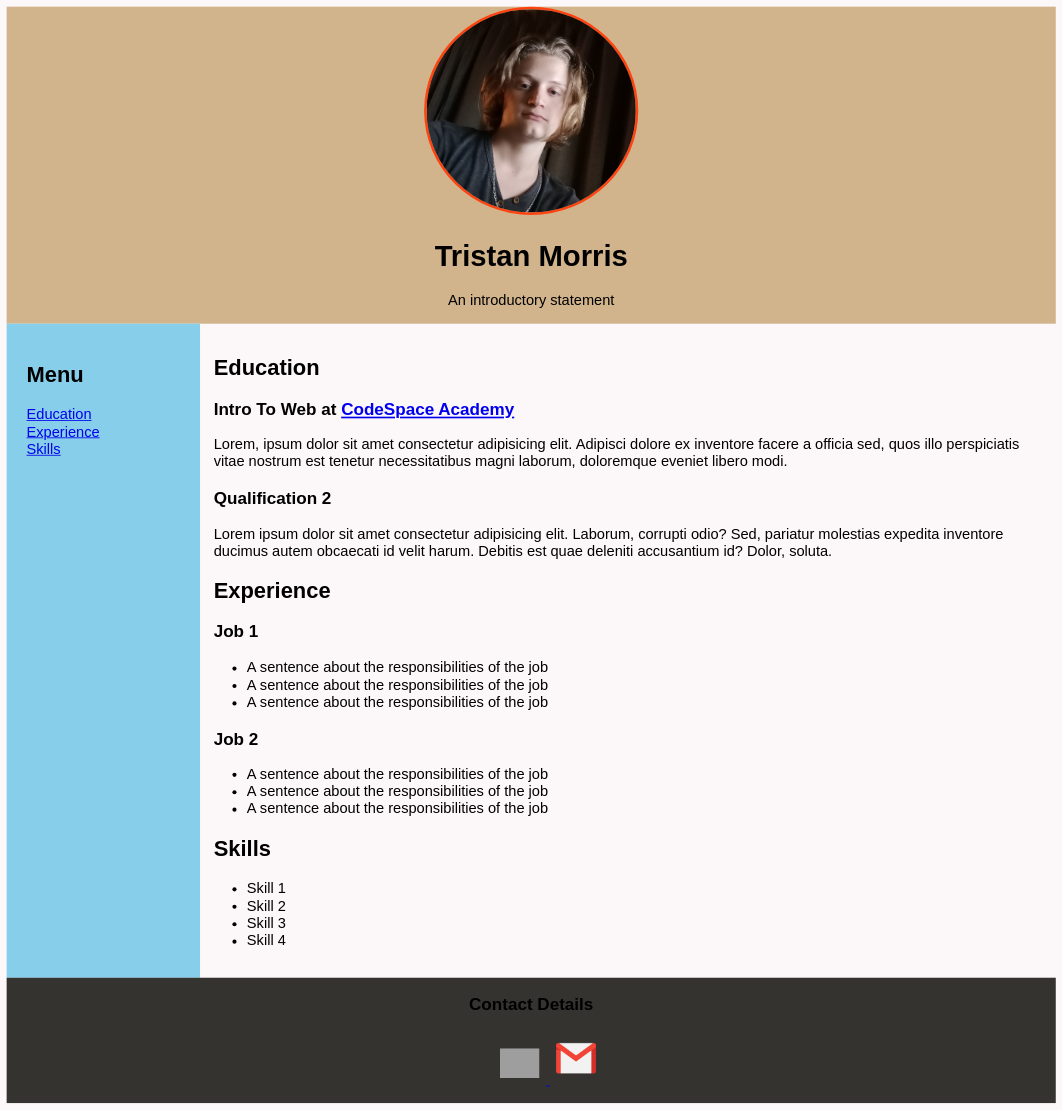
Repository: TristanKMorris/introToWebDesignAssignment
Page: resume1.html
These files come from the project's save history. The page is drawn as it stood at one moment and after the next save; the edit follows.
The browser window is 1280 px wide. The pictures show the whole page, at 83% of full size.
Pictures or frames that could not be fetched are drawn as grey boxes.

Above is the page before, as saved 2022-06-02 21:02:41.

### resume1.html

<!DOCTYPE html>
<html
  <head>
    <title>My first web page</title>

    <link rel="stylesheet" type="text/css" href="css/stylesheet.css">

  </head>

  <body>

   <header id="heading">
        <img src="images/tristanPortrait.jpg" alt="Tristan Morris Portrait" id="profilePhoto"/>

      <h1>Tristan Morris</h1>
        <p>An introductory statement</p>

    </header>

    <main class="main">

      <div id="sidebar">

        <nav>

          <h2>Menu</h2>

           <ul class="navMenu">
              <li><a href="#education">Education</a></li>
              <li><a href="#experience">Experience</a></li>
              <li><a href="#skills">Skills</a></li>
            </ul>

        </nav>

      </div>

        <div class="content">

          <h2 id="education">Education</h2>

            <h3>Intro To Web at <a href="http://codespace.co.za/" target="_blank">CodeSpace Academy</a> </h3>

             <p>
               Lorem, ipsum dolor sit amet consectetur adipisicing elit. Adipisci dolore
               ex inventore facere a officia sed, quos illo perspiciatis vitae nostrum
               est tenetur necessitatibus magni laborum, doloremque eveniet libero modi.
             </p>

            <h3>Qualification 2</h3>

             <p>
                Lorem ipsum dolor sit amet consectetur adipisicing elit. Laborum, corrupti
                odio? Sed, pariatur molestias expedita inventore ducimus autem obcaecati
                id velit harum. Debitis est quae deleniti accusantium id? Dolor, soluta.
              </p>

          <h2 id="experience">Experience</h2>

            <h3>Job 1</h3>

            <ul>

              <li>A sentence about the responsibilities of the job</li>
              <li>A sentence about the responsibilities of the job</li>
              <li>A sentence about the responsibilities of the job</li>

            </ul>

            <h3>Job 2</h3>

            <ul>

              <li>A sentence about the responsibilities of the job</li>
              <li>A sentence about the responsibilities of the job</li>
              <li>A sentence about the responsibilities of the job</li>

            </ul>

          <h2 id="skills">Skills</h2>

            <ul>
              <li>Skill 1</li>
              <li>Skill 2</li>
              <li>Skill 3</li>
              <li>Skill 4</li>
            </ul>

        </div>

    </main>

    <footer>

      <h3>Contact Details</h3>
      <ul>
          <a href="http://www.instagram.com/tristan_k_morris" target="_blank">
           <img class="icons" src="images/instagramIcon.png" alt="Tristan Morris Instagram">

          </a>

          <a href="http://mail.google.com" target="_blank">
           <img class="icons" src="images/gmailIcon.png" alt="Tristan Morris Email">

          </a>

      </ul>

    </footer>


  </body>
</html>

### css/stylesheet.css
body{
  font-family: sans-serif;
  font-size:110%;
  background-color: #FCF7F8;
  display: flex;
  flex-direction: column;
}

.main{
  display: flex;
  flex-direction: row;
  overflow: unset;
}

#profilePhoto{
  width: 20%;
  height: 20%;
  border-radius: 50%;
  border: 3px solid #ff4310;
}

header {
  text-align: center;
  justify-content: center;
}
#heading{
  font-family: sans-serif;
  font: size 110%;
  background-color: tan;
}

footer {
  background-color: #343330;
  text-align: center;
}
#sidebar{
  width: 25%;
  background-color: skyblue;
  padding: 1.5rem;
  color: black;
}
.navMenu{
  list-style-type: none;
  padding: 0%;
}

.icons{
  width: 3rem;
  margin: 0.5rem;
  height: auto;
}

.content{
  width: auto;
  margin: 1rem;
  height: auto;
}

After the next save:
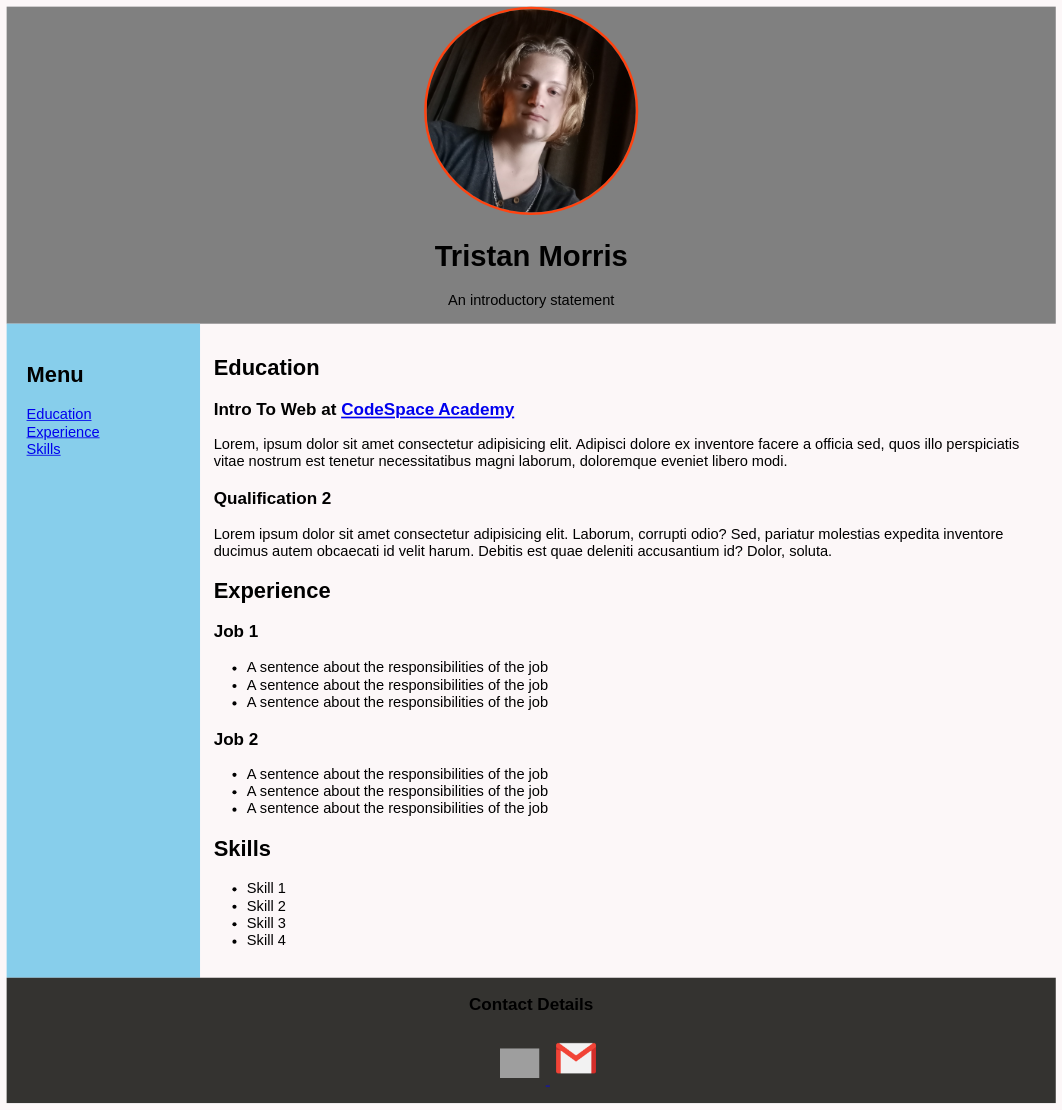
Saved 10 s later.
--- a/css/stylesheet.css
+++ b/css/stylesheet.css
@@ -26,7 +26,7 @@ header {
 #heading{
   font-family: sans-serif;
   font: size 110%;
-  background-color: tan;
+  background-color: gray;
 }
 
 footer {
